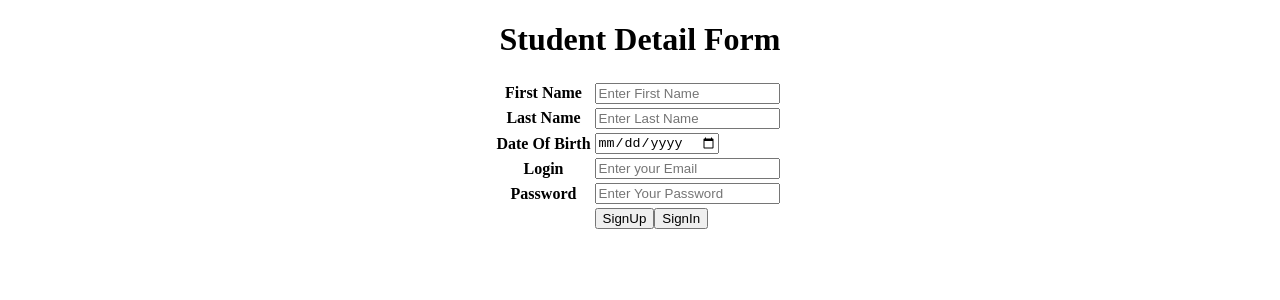
Repository: Abhi070717/Advance-Java
Page: http://localhost/jsp-servlet/UserForm.jsp
These files come from the project's save history. The page is drawn as it stood at one moment and after the next save; the edit follows.
The browser window is 1280 px wide. The pictures show the whole page.
The page is served by Tomcat 9. Other server files are loaded and not shown.

Above is the page before, as saved 2026-01-21 11:08:34.

### Jsp-servlet/jsp-servlet/WebContent/UserForm.jsp
<%@ page language="java" contentType="text/html; charset=ISO-8859-1"
	pageEncoding="ISO-8859-1"%>
<!DOCTYPE html>
<html>
<head>
<meta charset="ISO-8859-1">
<title>Student Form</title>
</head>
<body>

	<div align="center">

		<form>
			<h1>Student Detail Form</h1>
			<table>
				<tr>
					<th>First Name</th>
					<td><input type="text" name="firstName" value=""
						placeholder="Enter First Name"></td>
				</tr>
				<tr>
					<th>Last Name</th>
					<td><input type="text" name="lastName" value=""
						placeholder="Enter Last Name"></td>
				</tr>
				<tr>
					<th>Date Of Birth</th>
					<td><input type="date" name="DOB" value=""></td>
				</tr>
				<tr>
					<th>Login</th>
					<td><input type="email" name="login" value=""
						placeholder="Enter your Email"></td>
				</tr>
				<tr>
					<th>Password</th>
					<td><input type="password" id="password" name="password"
						placeholder="Enter Your Password"></td>
				</tr>
					<th></th>
					<td><input type="Submit" name="operation" value="SignUp"><input type="Submit" name="operation" value="SignIn"></td> <td></td>
				</tr>
			</table>

		</form>

	</div>

</body>
</html>

After the next save:
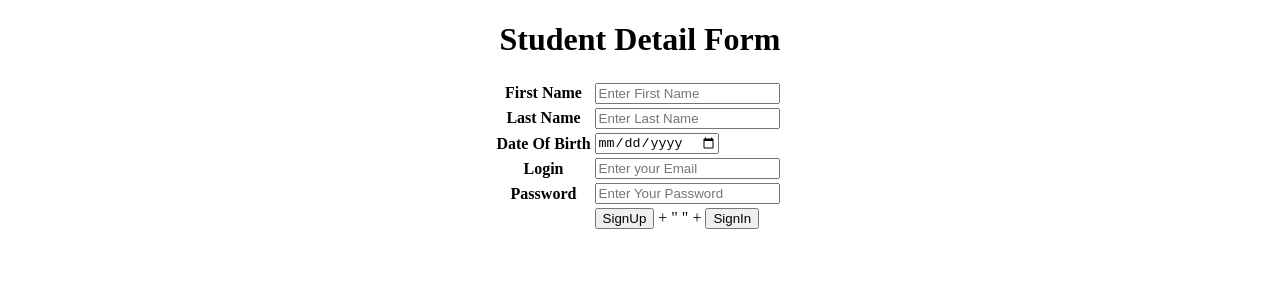
Saved 31 s later.
--- a/Jsp-servlet/jsp-servlet/WebContent/UserForm.jsp
+++ b/Jsp-servlet/jsp-servlet/WebContent/UserForm.jsp
@@ -38,7 +38,7 @@
 						placeholder="Enter Your Password"></td>
 				</tr>
 					<th></th>
-					<td><input type="Submit" name="operation" value="SignUp"><input type="Submit" name="operation" value="SignIn"></td> <td></td>
+					<td><input type="Submit" name="operation" value="SignUp"> + " " + <input type="Submit" name="operation" value="SignIn"></td> <td></td>
 				</tr>
 			</table>
 
